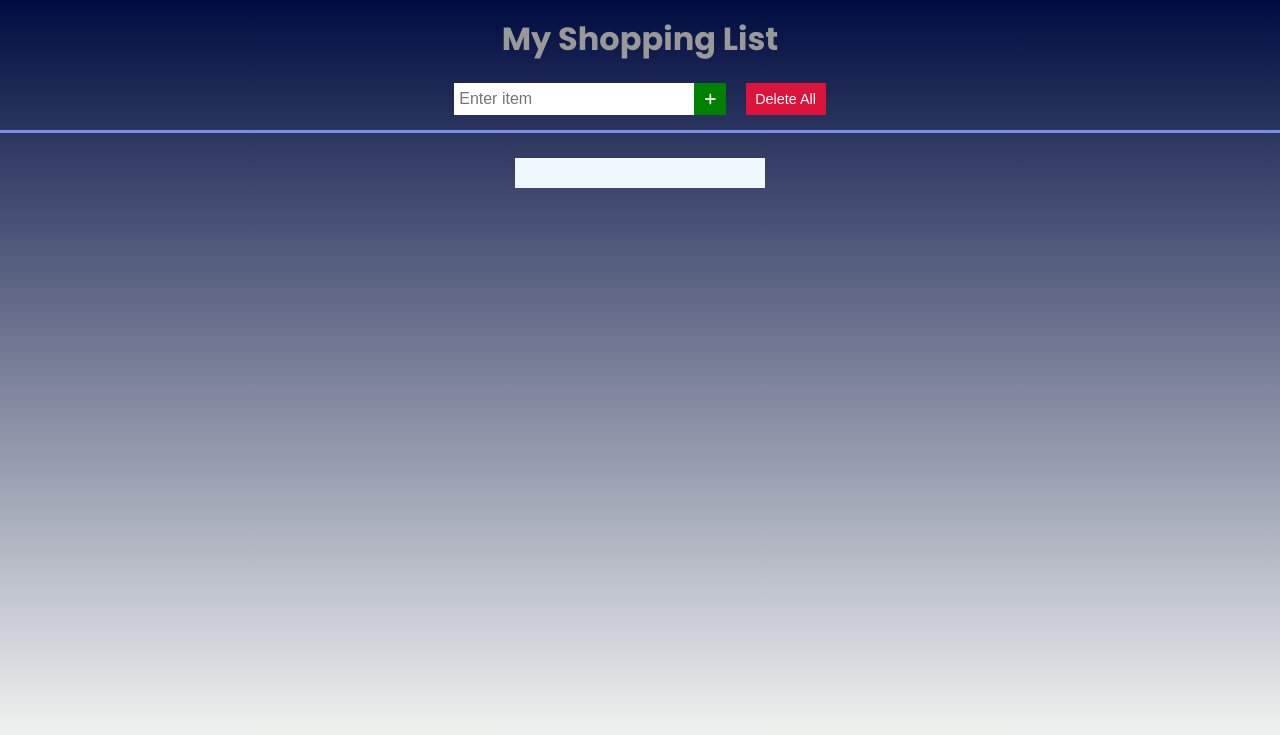
Repository: SaadYasin/shopping-list01-js
Page: index.html
These files come from the project's save history. The page is drawn as it stood at one moment and after the next save; the edit follows.
The browser window is 1280 px wide. The pictures show the whole page.

Above is the page before, as saved 2021-12-06 18:37:46.

### index.html
<!DOCTYPE html>
<html lang="en">
<head>
    <meta charset="UTF-8">
    <meta http-equiv="X-UA-Compatible" content="IE=edge">
    <meta name="viewport" content="width=device-width, initial-scale=1.0">
    <title>Shopping List App</title>
    <link rel="stylesheet" href="styles.css">
    <link rel="preconnect" href="https://fonts.googleapis.com">
    <link rel="preconnect" href="https://fonts.gstatic.com" crossorigin>
    <link href="https://fonts.googleapis.com/css2?family=Poppins:ital,wght@0,100;0,300;0,400;0,600;0,700;1,100;1,300;1,400;1,600;1,700&display=swap" rel="stylesheet">

    <link rel="stylesheet" href="https://cdnjs.cloudflare.com/ajax/libs/font-awesome/6.0.0-beta3/css/all.min.css">

</head>
<body>
    <header>
        <h1>My Shopping List</h1>
    </header>

    <!-- Form start -->
    <form>
            <input type="text" class="list-input" name="item-text" placeholder="Enter item" aria-label="Enter item">

            <button class="btn-add-item" type="submit"><i class="fa fa-plus" aria-hidden="true"></i></button>

            <button class="btn-delete-all" type="button" >Delete All</button>
        </form>
        <!-- Form end -->

        <!-- Page divider -->
        <div id="divider"></div>

        <!-- Container start -->
        <div class="container">

            <!-- Un-ordered list start -->
            <ul id="items-list">
                <div class="list">
                    <li class="item"></li>

                </div>
            </ul>
            <!-- Un-ordered list end -->

        </div>
        <!-- Container end -->

    <script src="app.js"></script>
</body>
</html>

### styles.css
* {
    padding: 0;
    margin: 0;
    box-sizing: border-box;
}

body {
    min-height: 100vh;
    background: #F0F2F0;  /* fallback for old browsers */
    background: linear-gradient(to top,#f0f2f0 , #000C40); /* W3C, IE 10+/ Edge, Firefox 16+, Chrome 26+, Opera 12+, Safari 7+ */
    font-family: 'Poppins', sans-serif;
}

header h1 {
    color: #999;
    min-height: 5vh;
    text-align: center;
    margin-top: 15px;
}

form {
    display: flex;
    margin-top: 20px;
    justify-content: center;
    align-items: center;
}

.list-input {
    height: 2rem;
    width: 15rem;
    padding: .3rem;
    font-size: 1rem;
    border: none;
    background: white;
}

.btn-add-item {
    height: 2rem;
    width: 2rem;
    border: none;
    outline: none;
    background: green;
    color: white;
    transition: all .5s ease;
}

.btn-add-item:hover {
    background: darkgreen;

}

.btn-delete-all {
    height: 2rem;
    border: none;
    outline: none;
    font-size: .9rem;
    color: white;
    margin-left: 1.2rem;
}

#item-txt {
    height: 30px;
    width: 220px;
    font-size: 16px;
    padding-left: 5px;
}

.btn {
    width: 30px;
    height: 30px;
    border: none;
    outline: none;
    font-size: 14px;
    color: #fff;
    cursor: pointer;
}

.plus-btn {
    background-color: seagreen;
    color: #fff;
    font-size: 16px;
}

.btn-delete-all {
    width: 80px;
    background-color: crimson;

}

#divider {
    width: 100vw;
    height: 3px;
    background-color: #7c90e6;
    margin-top: 15px;
}

.container {
    width: 100%;
    padding-top: 20px;

}

#items-list {
    display: flex;
    flex-direction: column;
    list-style-type: none;
}

.list-line {
    display: flex;
    justify-content: center;
    margin-top: 5px;
}

.item {
    align-items: center;
}

li {
    display: flex;
    width: 250px;
    height: 30px;
    font-size: 14px;
    background-color: aliceblue;
    padding-left: 5px;
    margin-top: 5px;
    margin-left: auto;
    margin-right: auto;

}

.btn-delete-item {
    width: 30px;
    margin-top: 5px;
    background-color: maroon;
    color: #fff;

}

.far {
    margin: 9px;

}

.fas {
    margin: 9px;

}

.btn-done {
    width: 30px;
    border: none;
    margin-top: 5px;
    background-color: gray;
    color: #555;
    font-size: 14px;
}

.btn.btn-edit {
    width: 30px;
    margin-top: 5px;
    background-color: rgb(194, 95, 29);
    color: #fff;

}

### app.js
// Selectors
const listInput = document.querySelector('.list-input')
const addBtn = document.querySelector('.btn-add-item');
const shoppingList = document.querySelector('.items-list');

// Event Listeners
addBtn.addEventListener('click', addItem);

// Functions
function addItem(e) {

    // Prevent default behavior - form submitting
    e.preventDefault();

    // Create List DIV
    const listDiv = document.createElement('div');
    listDiv.classList.add('list');

    // Create LI
    const newLi = document.createElement('li');
    newLi.innerText = 'hey';
    newLi.classList.add('item');

    listDiv.appendChild(newLi);

    // DONE button
    const doneBtn = document.createElement('button');
    doneBtn.innerHTML = '<i class="fas fa-check"></i>'
    doneBtn.classList.add('done-btn');
    listDiv.appendChild(doneBtn);

    // TRASH button
    const trash = document.createElement('button');
    trash.innerHTML = '<i class="far fa-trash-alt"></i>'
    trash.classList.add('trash-btn');
    listDiv.appendChild(trash);

    // Append to list DIV
    listDiv.appendChild(listDiv);
}

After the next save:
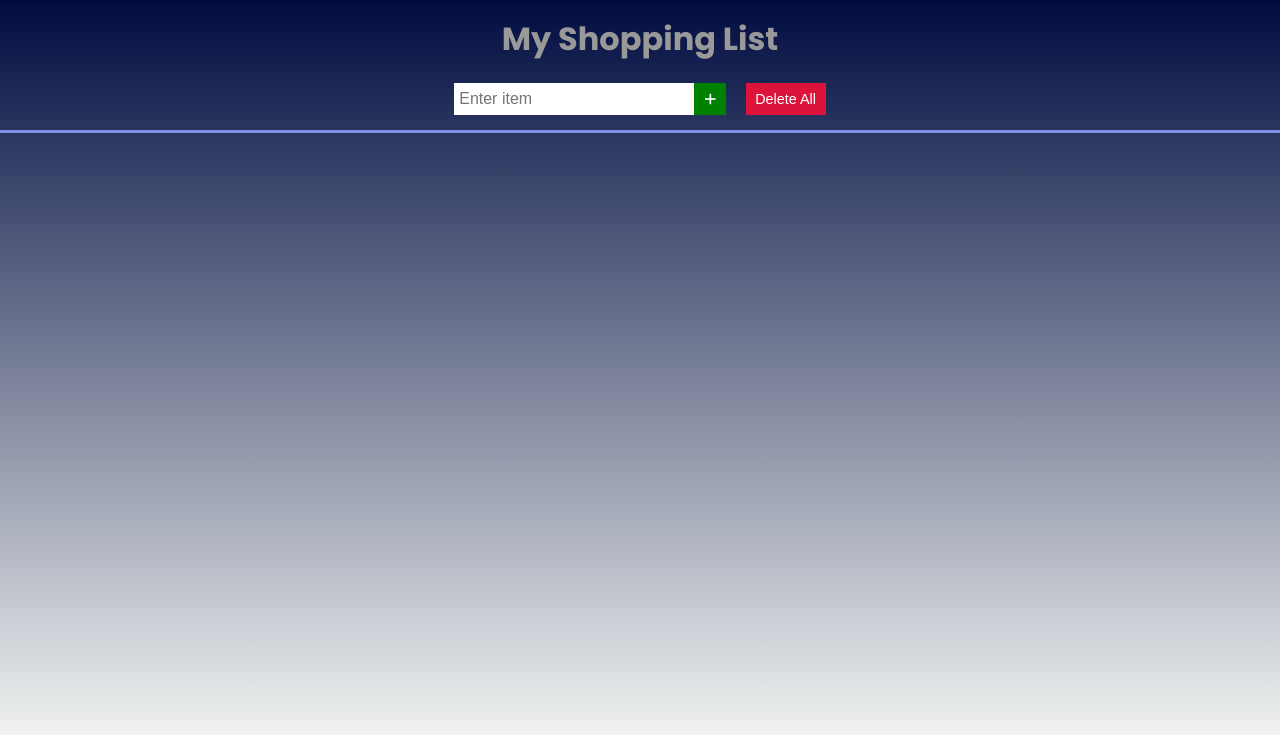
Saved 109 s later.
--- a/index.html
+++ b/index.html
@@ -36,10 +36,7 @@
 
             <!-- Un-ordered list start -->
             <ul id="items-list">
-                <div class="list">
-                    <li class="item"></li>
 
-                </div>
             </ul>
             <!-- Un-ordered list end -->
 
